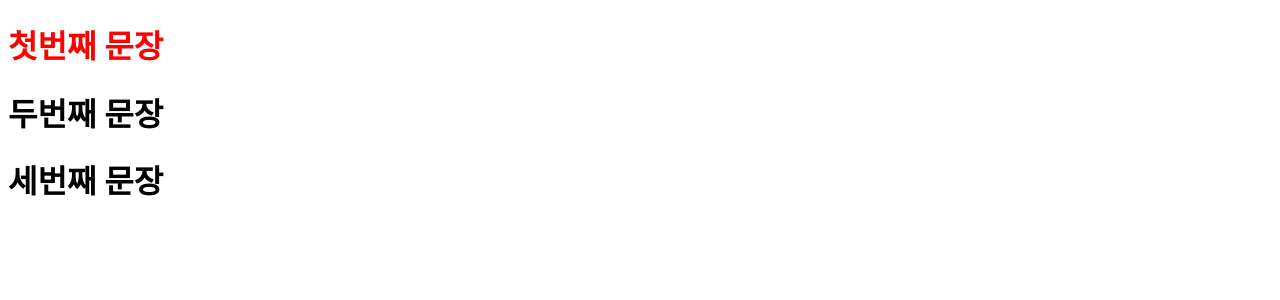
Repository: cdj6995/Web
Page: Lecture-Web/src/main/webapp/jquery/exam06.html
These files come from the project's save history. The page is drawn as it stood at one moment and after the next save; the edit follows.
The browser window is 1280 px wide. The pictures show the whole page.
After loading, the first visible `h1` was clicked once.

Above is the page before, as saved 2022-05-31 00:36:46.

After the next save:
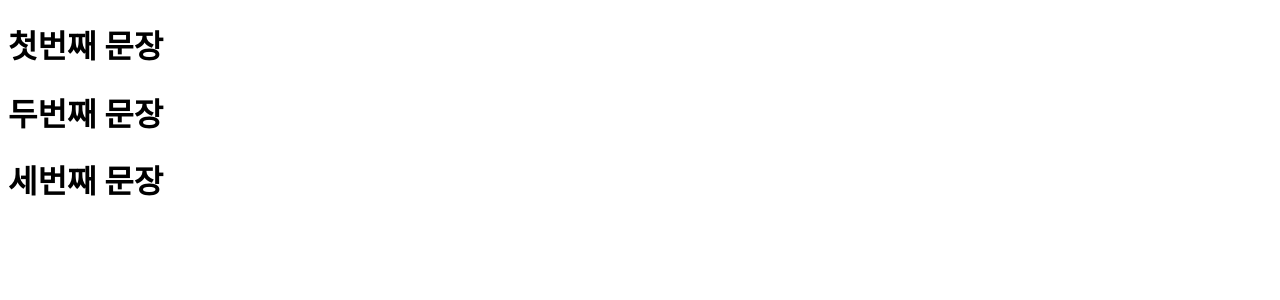
Console error: TypeError: e.css is not a function
Saved 36 s later.
--- a/Lecture-Web/src/main/webapp/jquery/exam06.html
+++ b/Lecture-Web/src/main/webapp/jquery/exam06.html
@@ -8,8 +8,8 @@
 		$(document).ready(function() {
 
 			$('h1').on({
-				click : function(){
-					$(this).css('color','red')
+				click : function(e){
+					e.css('color','red')
 				}, 'mouseenter' : function(){
 					$(this).css('background-color','black')
 				}, mouseleave : function(){
